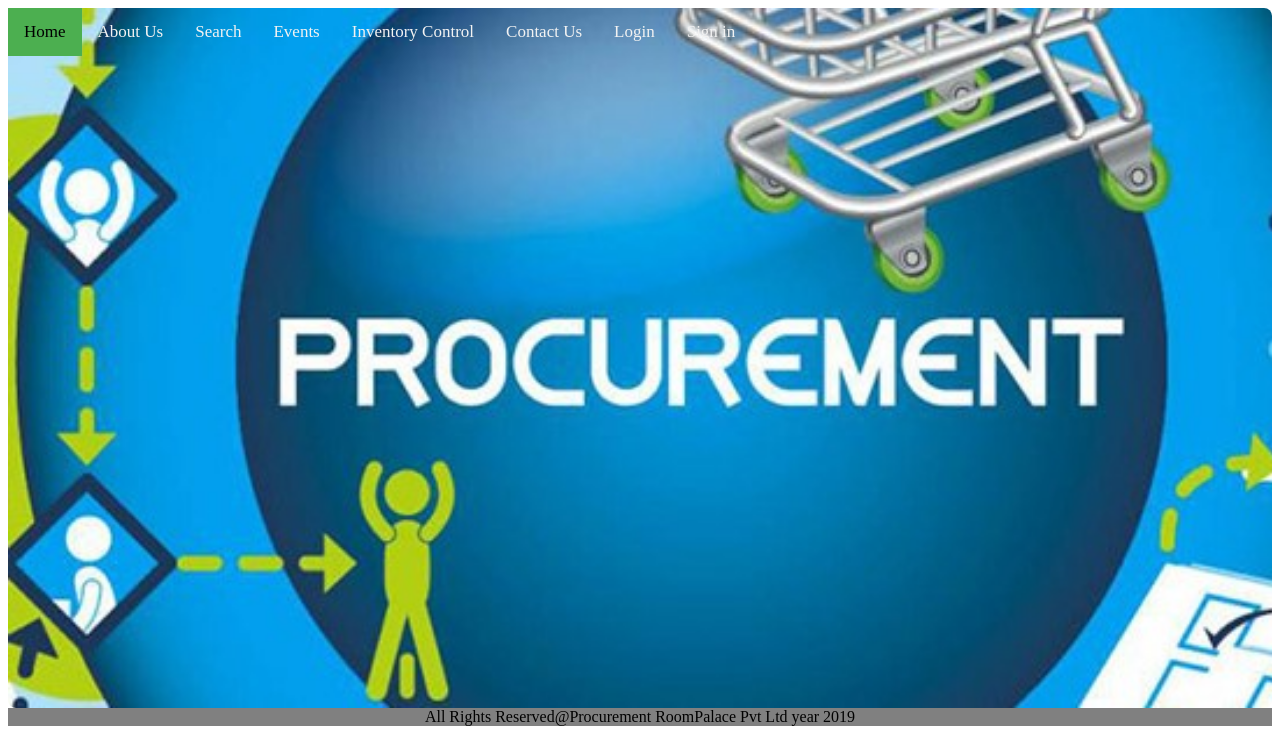
Repository: nirmaniPathiranage/CSSE-Procurement-Management
Page: http://localhost/Item_Management/HomePage.jsp
The author's editor kept a copy of each file at every save. The page is drawn from the files as they stood at one save, then again after the next save.
The browser window is 1280 px wide. The pictures show the whole page.
The page is served by Tomcat 9. Other server files are loaded and not shown.

Above is the page before, as saved 2019-09-30 07:39:45.

### Item_Management/WebContent/HomePage.jsp
<%@ page language="java" contentType="text/html; charset=ISO-8859-1"
    pageEncoding="ISO-8859-1"%>
<!DOCTYPE html PUBLIC "-//W3C//DTD HTML 4.01 Transitional//EN" "http://www.w3.org/TR/html4/loose.dtd">
<html>
<head>
<meta http-equiv="Content-Type" content="text/html; charset=ISO-8859-1">
<title>Procurement System Home Page</title>
<style>
header{
background-image: url(procurement.jpg);
background-size: cover;
border-radius:8px;
height:700px;
width:100%;
opacity:1;
}

.topnav a{
float:left;
color:#f2f2f2;
text-align:center;
padding:14px 16px;
text-decoration:none;
font-size:17px;
}

.topnav a:hover{
background-color:#ddd;
color:black;
}

.topnav a.active{
background-color:#4CAF50;
color:black;
}
</style>
</head>
<body>
<header>
<div class = "topnav">
<a class = "active"  href="HomePage.jsp">Home</a>
			<a href="###">About Us</a>
			<a href="###">Search</a>
			<a href="###">Events</a>
			<a href="Login.jsp">Inventory Control</a>
			<a href="###">Contact Us</a>
			<font align:right>
			<a href="Login.jsp">Login</a>
			<a href="Register.jsp">Sign in</a>
			</font>
</div>
</header>
<footer><div align="center" style ="background-color:#808080">All Rights Reserved@Procurement RoomPalace Pvt Ltd year 2019</footer>
</body>
</html>

After the next save:
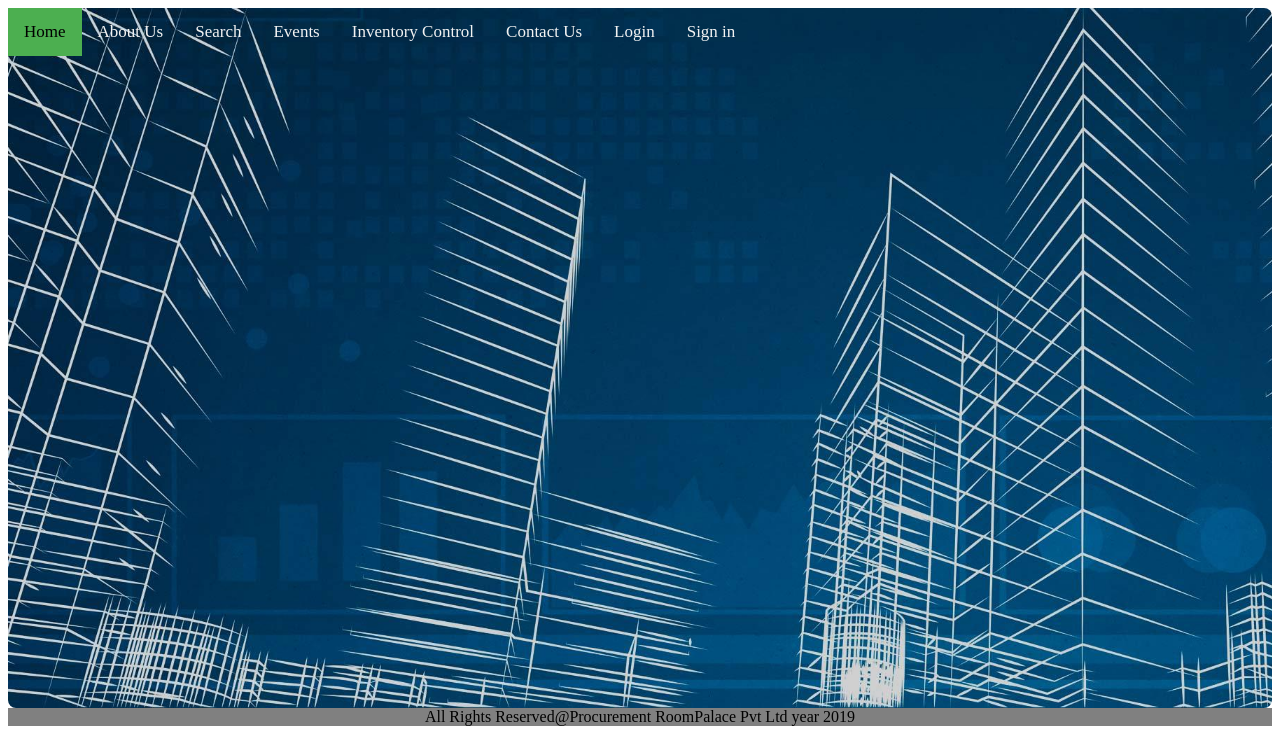
Saved 6 min 31 s later.
--- a/Item_Management/WebContent/HomePage.jsp
+++ b/Item_Management/WebContent/HomePage.jsp
@@ -7,7 +7,7 @@
 <title>Procurement System Home Page</title>
 <style>
 header{
-background-image: url(procurement.jpg);
+background-image: url(bc.jpg);
 background-size: cover;
 border-radius:8px;
 height:700px;
